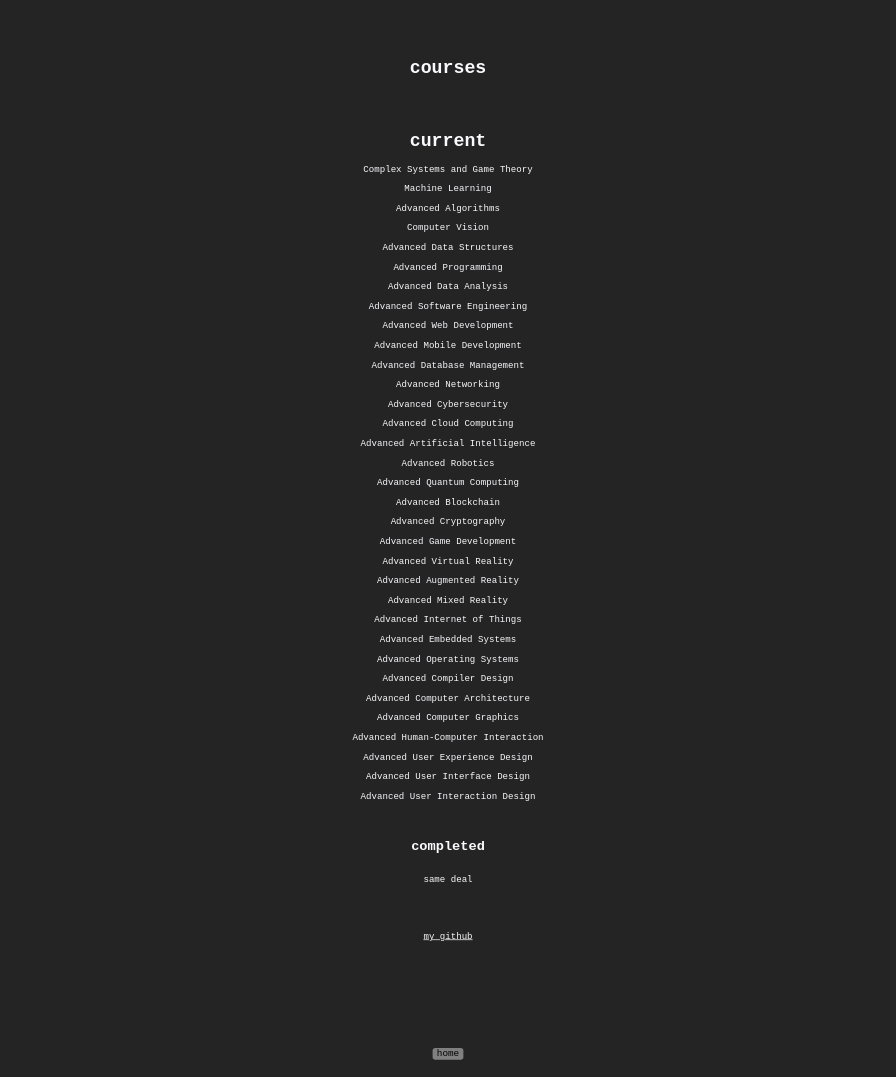
Repository: yellowspots/geneweb
Page: courses.html
The author's editor kept a copy of each file at every save. The page is drawn from the files as they stood at one save, then again after the next save.
The browser window is 1280 px wide. The pictures show the whole page, at 70% of full size.

Above is the page before, as saved 2024-05-03 00:55:39.

After the next save:
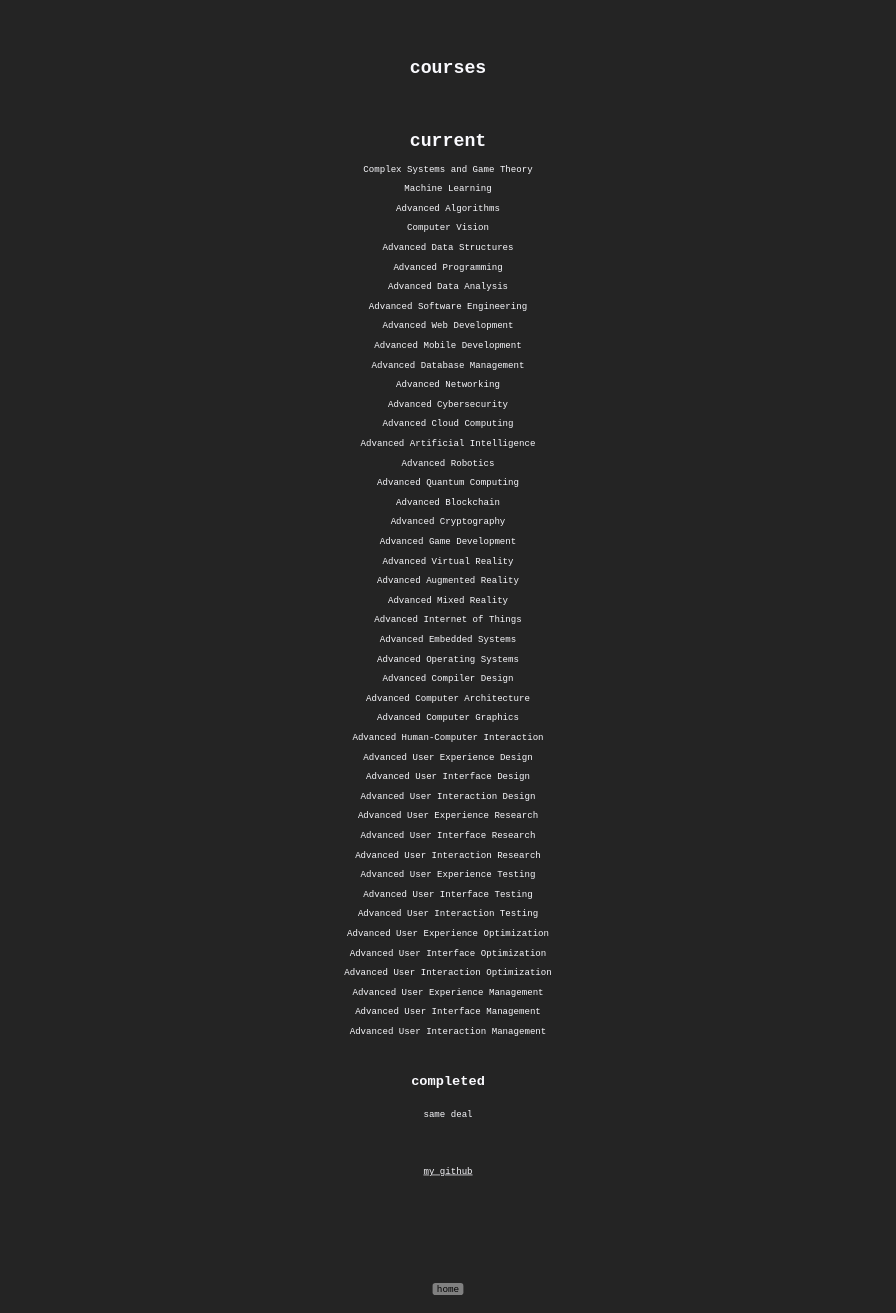
Saved 11 s later.
--- a/courses.html
+++ b/courses.html
@@ -42,6 +42,18 @@
         <p>Advanced User Experience Design</p>
         <p>Advanced User Interface Design</p>
         <p>Advanced User Interaction Design</p>
+        <p>Advanced User Experience Research</p>
+        <p>Advanced User Interface Research</p>
+        <p>Advanced User Interaction Research</p>
+        <p>Advanced User Experience Testing</p>
+        <p>Advanced User Interface Testing</p>
+        <p>Advanced User Interaction Testing</p>
+        <p>Advanced User Experience Optimization</p>
+        <p>Advanced User Interface Optimization</p>
+        <p>Advanced User Interaction Optimization</p>
+        <p>Advanced User Experience Management</p>
+        <p>Advanced User Interface Management</p>
+        <p>Advanced User Interaction Management</p>
 
     <div style="text-align: center; display: flex; flex-direction: column; align-items: center; justify-content: center; height: 20vh;">
     <h2>completed</h2>
